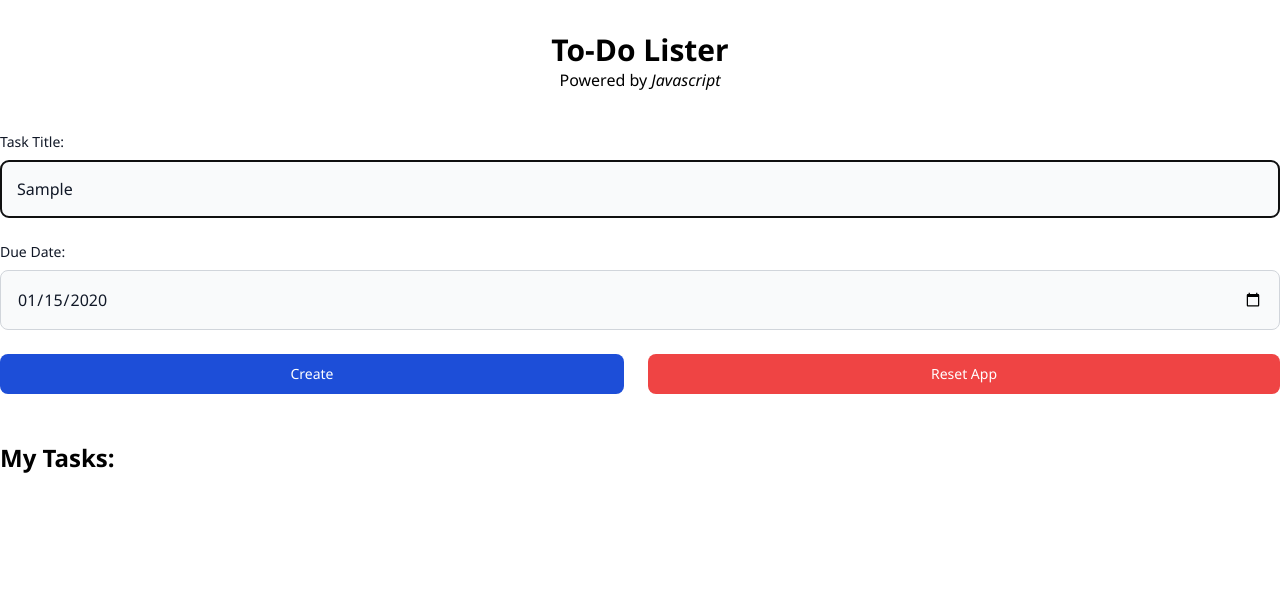
Repository: vxyux/to-do-lister
Page: index.html
The author's editor kept a copy of each file at every save. The page is drawn from the files as they stood at one save, then again after a run of saves.
The browser window is 1280 px wide. The pictures show the whole page.
Empty fields were first filled with sample values (such as "Sample", 5 or name@example.com).
After loading, the first visible `button.text-white` was clicked once.
Some web libraries are served in a nearby version.

Above is the page before, as saved 2023-09-06 14:18:18.

### index.html
<!DOCTYPE html>
<html lang="en">
<head>
  <meta charset="UTF-8">
  <meta name="viewport" content="width=device-width, initial-scale=1.0">
  <title>Javascript To-Do Lister</title>
  <link rel="stylesheet" href="stylesheet.css">
  <script src="https://cdn.tailwindcss.com"></script>
  <script src="app.js" async></script>
</head>
<body>

  <div class="container mx-auto">
    <div class="text-center mt-8">
      <h1 class="text-3xl font-bold">
        To-Do Lister
      </h1>
      <p>Powered by <i>Javascript</i></p>
    </div>

    <div class="mt-10">

      <div class="mb-6">
        <label for="userInput" class="block mb-2 text-sm font-medium text-gray-900">
          Task Title:
        </label>
        <input type="text" id="userInput" autofocus class="block w-full p-4 text-gray-900 border border-gray-300 rounded-lg bg-gray-50 sm:text-md focus:ring-blue-500 focus:border-blue-500 dark:bg-gray-700 dark:border-gray-600 dark:placeholder-gray-400 dark:text-white dark:focus:ring-blue-500 dark:focus:border-blue-500">
      </div>

      <div class="mb-6">
        <label for="userInput" class="block mb-2 text-sm font-medium text-gray-900">
          Due Date:
        </label>
        <input type="date" min="now();" placeholder="yyyy-mm-dd" id="datePickerId" autofocus class="block w-full p-4 text-gray-900 border border-gray-300 rounded-lg bg-gray-50 sm:text-md focus:ring-blue-500 focus:border-blue-500 dark:bg-gray-700 dark:border-gray-600 dark:placeholder-gray-400 dark:text-white dark:focus:ring-blue-500 dark:focus:border-blue-500">
      </div>

      <div class="grid grid-cols-2 gap-4">
        <button type="submit" onclick="newTask()" class="text-white bg-blue-700 hover:bg-blue-800 focus:ring-4 focus:ring-blue-300 font-medium rounded-lg text-sm px-5 py-2.5 mr-2 mb-2 dark:bg-blue-600 dark:hover:bg-blue-700 focus:outline-none dark:focus:ring-blue-800">
          <span>
            Create
          </span>
        </button>

        <button type="submit" onclick="resetApp()" class="float-right text-white bg-red-500 hover:bg-red-700 focus:ring-4 focus:ring-blue-300 font-medium rounded-lg text-sm px-5 py-2.5 mb-2 dark:bg-red-600 dark:hover:bg-red-700 focus:outline-none dark:focus:ring-blue-800">
          <span>
            Reset App
          </span>
        </button>
      </div>

    </div>

    <div class="mt-10">
      <h3 class="text-2xl mb-4 font-bold">My Tasks:</h3>
      <ul id="to-dos">
        <!-- <li class="task_item" id="1" onclick="completeTask(this.id)">
          This is the first task.
        </li> -->
      </ul>
    </div>

  </div>
</body>
</html>

### stylesheet.css
*
{
  font-family: 'Segoe UI', Tahoma, Geneva, Verdana, sans-serif;
}

.container {
  max-width: 500px;
}

.task_item {
  border-style: solid;
  border-width: 4px;
  border-color: blue;
  font-weight: bold; /* Making font bold */
  border-radius: 10px; /* Making border radius */
  width: auto; /* Making auto-sizable width */
  height: auto; /* Making auto-sizable height */
  padding: 5px 30px 10px 30px; /* Making space around letters */
  margin-bottom: 8px;

  transition: 250ms;
}

.task_item:hover {
  background-color: red;
  border-color: red;
  transition: 250ms;
}

### app.js
// gets localstorage for todos else create a new array
let todolist = JSON.parse(localStorage.getItem('todos')) || [];
let count = 0;

let todaysDate = new Date().toISOString().slice(0, 10);

let toDoTitle = document.getElementById('userInput');
let DueDate = document.getElementById('datePickerId');

// set minimum attribute for datePickerId as today
DueDate.min = todaysDate;

// when page is loading, run retrieveTasks function
retrieveTasks();

function newTask() {
  // get the data provided by the user from the input field
  let userInput = document.getElementById('userInput').value;
  let dueInput = document.getElementById('datePickerId').value;

  if (IsEmpty(userInput) && dueInput >= todaysDate) {
    // not empty
    const todo = { id: Date.now(), task: userInput, due: dueInput };

    // push the new task to the todolist JSON
    todolist.push(todo);

    localStorage.setItem('todos', JSON.stringify(todolist));

    console.log(JSON.stringify(todolist, null, 2));

    // call to function that creates a new 'li' element
    output(todo);

    // increment count and save into localStorage
    count++;
    localStorage.setItem('count-todos', count);
  } else {
    // indeed empty
    alert('There seems to be something wrong with your data...');
  }
}

function output(todo) {
  // define tag that creates a new element under the tag 'li'
  let tag = document.createElement('li');
  // adding class 'task_item', id as the next number, and onclick on the corresponding function to that tag.
  tag.classList.add('task_item');
  tag.setAttribute('id', todo.id);
  /*
    stands rather the same as tag.onclick = function () {}
  */
  tag.onclick = () => completeTask(todo.id);
  // assign the userInput let with content
  let content = document.createTextNode(todo.task);
  tag.appendChild(content); // make tag the content's parent

  let due = document.createElement('div');
  due.innerHTML = todo.due;
  tag.appendChild(due);

  // define the element tag with the to-dos list ul
  let element = document.getElementById('to-dos');

  // make element the tag's parent
  element.appendChild(tag);
}

function completeTask(task_id) {
  //remove it from front-end
  let completedTask = document.getElementById(task_id);
  completedTask.remove();

  // as the name suggest, it filters out the filter where it takes out the completed task id
  todolist = todolist.filter((todo) => todo.id !== task_id);

  // in order to save data in localStorage, the object 'todolist' must be converted to string
  localStorage.setItem('todos', JSON.stringify(todolist));

  count--;
  localStorage.setItem('count-todos', count);

  //console.log(result);
}

function retrieveTasks() {
  //todolist.forEach((element) => console.log(element));

  todolist.forEach((element) => output(element));
}

function resetApp() {
  localStorage.clear();
  location.reload();
}

function IsEmpty(input) {
  if (input === '') {
    return false;
  }
  return true;
}

After the next 3 saves:
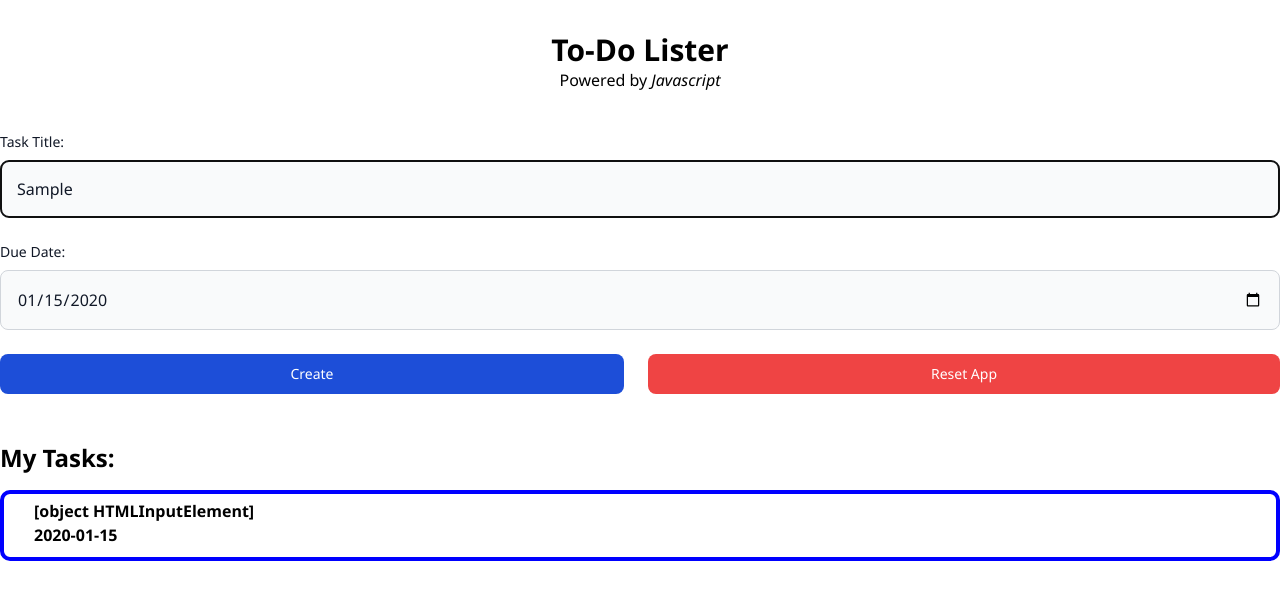
The 3 saves are shown as one change because they came seconds apart.
The last was saved 40 s later.
--- a/app.js
+++ b/app.js
@@ -15,12 +15,12 @@ retrieveTasks();
 
 function newTask() {
   // get the data provided by the user from the input field
-  let userInput = document.getElementById('userInput').value;
-  let dueInput = document.getElementById('datePickerId').value;
+  let userInput = document.getElementById('userInput');
+  let dueInput = document.getElementById('datePickerId');
 
   if (IsEmpty(userInput) && dueInput >= todaysDate) {
     // not empty
-    const todo = { id: Date.now(), task: userInput, due: dueInput };
+    const todo = { id: Date.now(), task: userInput, due: dueInput.value };
 
     // push the new task to the todolist JSON
     todolist.push(todo);
